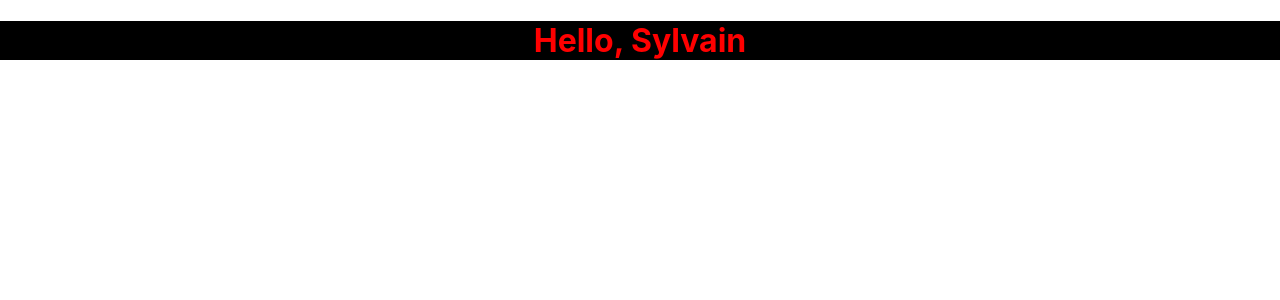
Repository: sylvainJacot/JS_Studio_2019
Page: /
An editor plug-in stored every save of this project. The page is shown before and after the next save, followed by the edit.
The browser window is 1280 px wide. The pictures show the whole page.
The project was rebuilt for these pictures with package versions that can differ from the ones it lists, and the page was loaded fresh each time.

Above is the page before, as saved 2019-05-31 17:44:08.

After the next save:
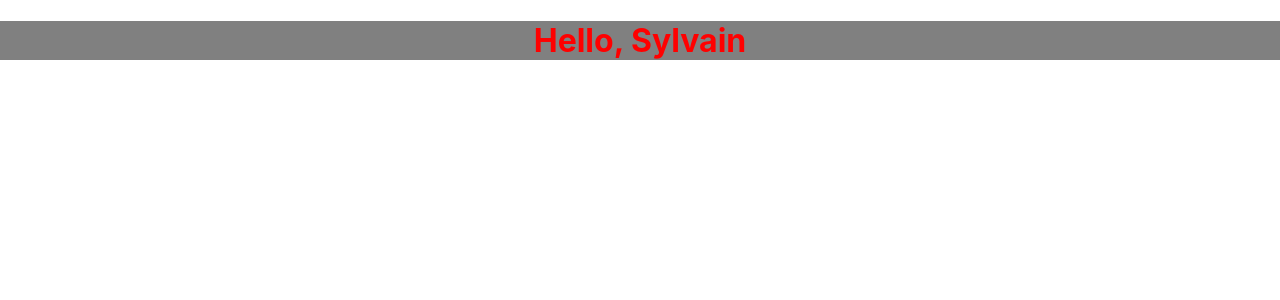
Saved 8 s later.
--- a/src/components/header.js
+++ b/src/components/header.js
@@ -4,7 +4,7 @@
 import {color} from './colors';
 
 const HeaderContainer = styled.div`
-background-color: ${color.blue};
+background-color: ${color.white};
 `;
 
 const Title = styled.h1`
